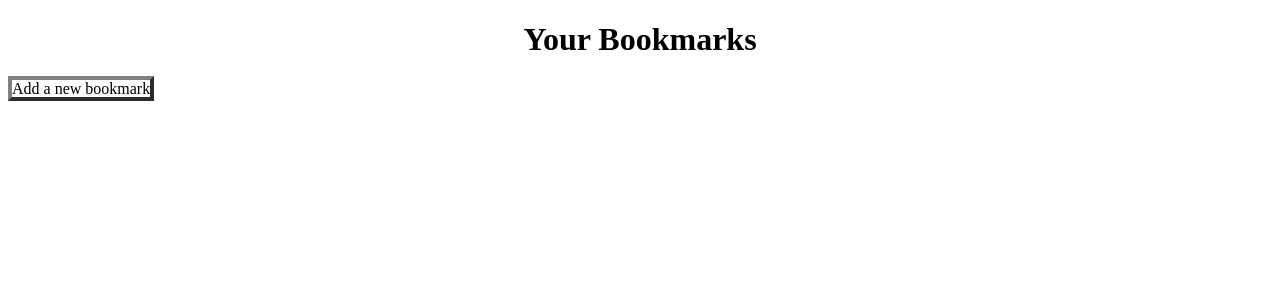
Repository: PA055/Manga-Bookmarks
Page: index.html
An editor plug-in stored every save of this project. The page is shown before and after the next save, followed by the edit.
The browser window is 1280 px wide. The pictures show the whole page.

Above is the page before, as saved 2023-03-11 10:59:55.

After the next save:
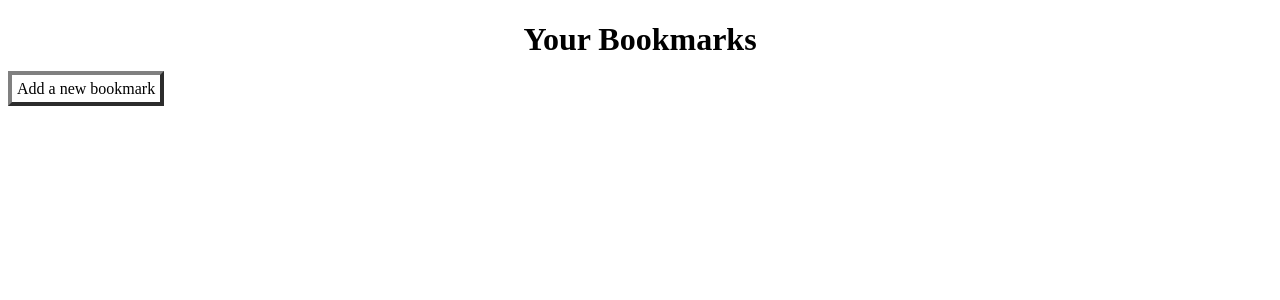
Saved 26 s later.
--- a/main.css
+++ b/main.css
@@ -5,10 +5,10 @@ h1 {
 
 .button {
     width: 100%;
-
+    padding: 5px;
     margin: auto;
     text-decoration: none;
-    height: 50px;
+    height: 75px;
     border: 4px gray outset;
     color: black;
 
